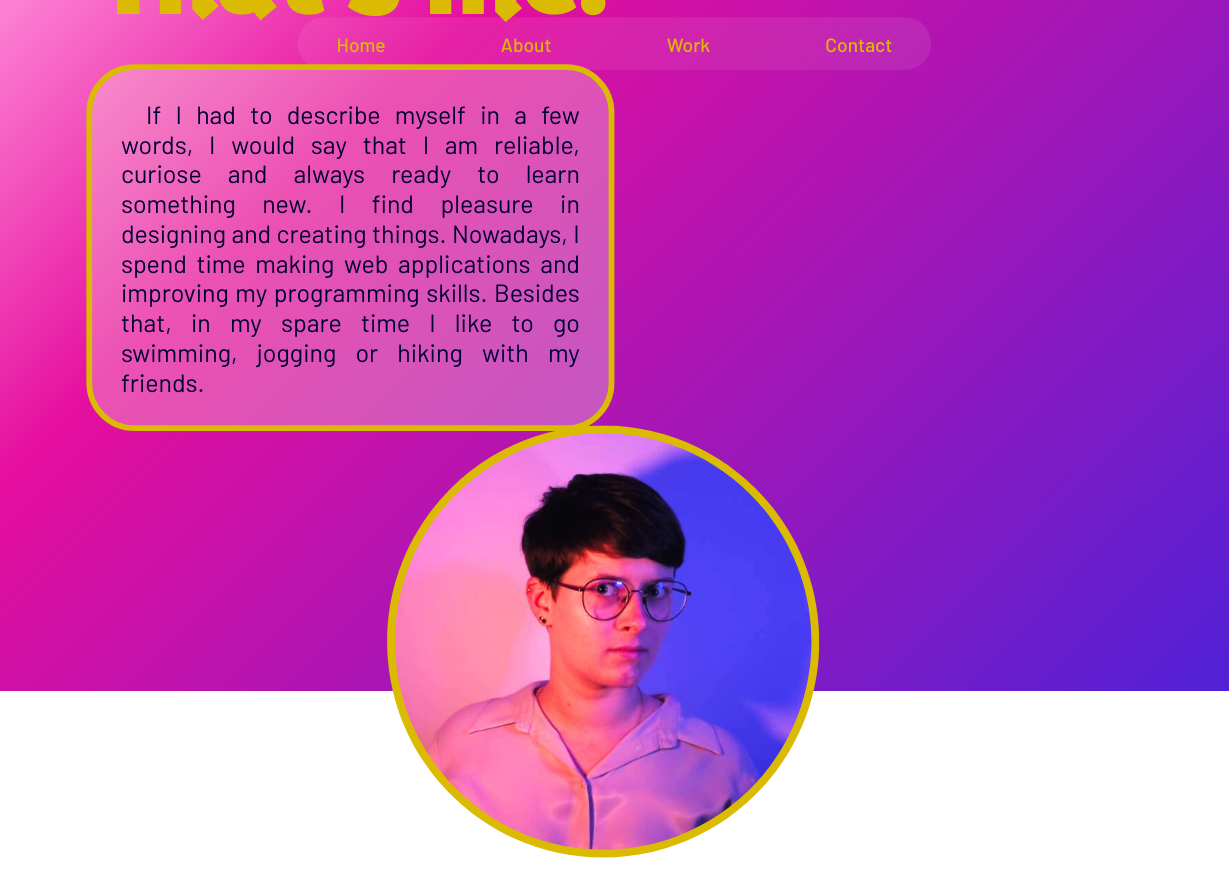
Repository: JJonka/portfolio_site
Page: /about
These files come from the project's save history. The page is drawn as it stood at one moment and after the next save; the edit follows.
The browser window is 1280 px wide. The pictures show the whole page, at 96% of full size.
The project was rebuilt for these pictures with package versions that can differ from the ones it lists, and the page was loaded fresh each time. Also part of the build but not shown: vite.config.ts, src/pages/HomePage.tsx, src/components/LogoIcon.module.scss, src/components/LogoIcon.tsx, src/pages/Contact.tsx, src/pages/Work.module.scss, src/pages/Work.tsx.

Above is the page before, as saved 2023-10-08 16:06:56.

### index.html
<!doctype html>
<html lang="en">
  <head>
    <meta charset="UTF-8" />
    <link rel="icon" href="./src/assets/jj_logo.svg">
    <meta name="viewport" content="width=device-width, initial-scale=1.0" />
    <title>Joanna Jurasz - software developer</title>
  </head>
  <body>
    <div id="root"></div>
    <script type="module" src="/src/index.tsx"></script>
  </body>
</html>

### src/index.tsx
import React from 'react';
import ReactDOM from 'react-dom/client';
import App from './App';
import { BrowserRouter } from 'react-router-dom';


const root = ReactDOM.createRoot( document.getElementById('root') as HTMLElement);

root.render(
  <BrowserRouter>
    <App />
  </BrowserRouter>
);

### src/App.tsx
import { Routes, Route } from 'react-router-dom';
import HomePage from './pages/HomePage';
import About from './pages/About';
import Contact from './pages/Contact';
import Work from './pages/Work';
import './App.css'


const App = () => {
    return (
      <div>
      <div className='mainBackground' />
      <div className='layer1' />
      <div className='layer2' />

      <Routes>
        <Route path='/' element={ <HomePage /> } />
        <Route path='/about' element={ <About /> } />
        <Route path='/work' element={ <Work /> } />
        <Route path='/contact' element={ <Contact /> }/>
      </Routes>
      </div>
    )
}

export default App;

### src/pages/About.tsx
import Menu from "../components/Menu";
import styles from "./About.module.scss"
import EndOfSection from "../components/EndOfSection";

const About = () => {
    return (
        <div className={styles.card}>
            <Menu></Menu>
            <div className={styles.container}>
                <div className={styles.text}>
                    <h1 className={styles.header}>That's me.</h1>
                    <div className={styles.box}>
                        <p className={styles.aboutMe}>&emsp;If I had to describe myself in a few words, I would say that I am reliable,
                            curiose and always ready to learn something new. I find pleasure in designing and creating things. Nowadays,
                            I spend time making web applications and improving my programming skills. Besides that, in my spare time
                            I like to go swimming, jogging or hiking with my friends.
                        </p>
                    </div>
                </div>
                <img src="/src/assets/jj.svg" className={styles.image} alt="Jo_pic"></img>
            </div>
            <EndOfSection></EndOfSection>
        </div>
    )
};

export default About;

### src/App.css
@font-face {
  font-family: 'Barlow-Light';
  src: url(/fonts/Barlow-Light.ttf);
}

@font-face {
	font-family: 'Barlow-Regular' ;
	src: url(/fonts/Barlow-Regular.ttf);
}

body {
	display: flex;
	flex-direction: column;
    align-items: center;
    font-family: 'Barlow-Light';
	text-align: center;
    padding-left: calc(100vw - 100%);
    --main-color: #daba02;
}

.mainBackground {
    background-image: linear-gradient(135deg, #fc79d0 15%, #e40199 30% , #2719e0 85%);
    animation: slide 5s linear infinite alternate;
    animation-fill-mode: backwards;
    position: fixed;
    top: 0;
    bottom: 0;
    left: -50%;
    right: -50%;
    opacity: 0.95;
    z-index: -1;
}




@keyframes slide {
    0% {
        transform: translateX(-20%);
    }
    100% {
        transform: translateX(10%);
    }

}

### src/components/Menu.tsx
import styles from "./Menu.module.scss";
import  LinkToPage  from "./LinkToPage"

const Menu = () => {

    return (
        <div className={styles.menu}>
            <LinkToPage
                link = {'/'}
                urlTo = {"http://localhost:5173/"}
                linkTitle= {"Home"}
            ></LinkToPage>
            <LinkToPage
                link = {'/about'}
                urlTo = {"http://localhost:5173/about"}
                linkTitle= {"About"}
            ></LinkToPage>
            <LinkToPage
                link = {'/work'}
                urlTo = {"http://localhost:5173/work"}
                linkTitle= {"Work"}
            ></LinkToPage>
            <LinkToPage
                link = {'/contact'}
                urlTo = {"http://localhost:5173/contact"}
                linkTitle= {"Contact"}
            ></LinkToPage>
        </div>
    )
};

export default Menu;

### src/pages/HomePage.module.scss
@font-face {
    font-family: 'BraahOne-Regular';
    src: url(/fonts/BraahOne-Regular.ttf);
}

.header {
    color: var(--main-color);
    font-family: "BraahOne-Regular";
    font-size: 130px;
    margin-bottom: 10px;
    margin-top: 25px;
}

.introduction {
    color: var(--main-color);
    font-family: "BraahOne-Regular";
    font-size: 40px;
    font-weight: 50;
    margin-top: 5px;

}

.imgTop {
    position: absolute;
    top: 50px;
    left: 20px;
    max-width: 30%;
    max-height: 30%;
}

.imgBottom {
    position: absolute;
    bottom: 0;
    right: 30px;
    max-width: 30%;
    max-height: 30%;
}

.container {
    display: flex;
    flex-direction: column;
    align-items: center;
    position: relative;
    width: 1300px;
    height: 675px;
}

.card {
    display: flex;
    flex-direction: column;
    align-items: center;
}

### src/pages/About.module.scss
@font-face {
	font-family: 'Barlow-Regular' ;
	src: url(/fonts/Barlow-Regular.ttf);
}

.card {
    display: flex;
    flex-direction: column;
    align-items: center;
}

.header {
    color: var(--main-color);
    font-family: "BraahOne-Regular";
    font-size: 110px;
    margin-bottom: 10px;
    margin-top: 15px;
}

.container {
    justify-content: center;
    display: flex;
    flex-direction: column;
    height: 500px;
    width: 1100px;
    gap: 50px;
    margin-bottom: 10px;
    margin-top: 90px;
}

.image {
    max-width: 100%;
    max-height: 100%;
}

.text {
    height: 400px;
    width: 550px;
    display: flex;
    flex-direction: column;
    align-items: center;
    justify-content: center;
}

.aboutMe {
    font-family: "Barlow-Regular";
    font-size: 26px;
    color:  rgb(0, 0, 55);
    margin: 0;
    padding: 30px;

}

.box {
    background-color: rgba(255, 253, 229, 0.277);
    border-color: var(--main-color);
    border-radius: 50px;
    border-style: solid;
    border-width: 6px;
    text-align: justify;
}

### src/components/EndOfSection.tsx
import styles from "./EndOfSection.module.scss"

const EndOfSection = () => {
    return (
        <img src="" className={styles.endOfSection}></img>
    )
}

export default EndOfSection

### src/pages/Contact.module.scss
@font-face {
	font-family: 'Barlow-Regular' ;
	src: url(/fonts/Barlow-Regular.ttf);
}
@font-face {
    font-family: 'Barlow-Medium';
    src: url(/fonts/Barlow-Medium.ttf);
}

.card {
    align-items: center;
    display: flex;
    flex-direction: column;
}

.container {
    display: flex;
    flex-direction: column;
    align-items: center;
    height: 500px;
    width: 1100px;
    margin-top: 50px;
}

.header {
    color: var(--main-color);
    font-family: "BraahOne-Regular";
    font-size: 70px;
    margin-bottom: 10px;
    margin-top: 30px;

}

.logos {
    display: flex;
    flex-direction: row;
    gap: 250px;
    margin-top: 50px;
    margin-bottom: 120px;
    justify-content: center;
    width: 1000px;
}

a {
    text-decoration: none;
}

### src/components/Menu.module.scss
@font-face {
    font-family: 'Barlow-Medium';
    src: url(/fonts/Barlow-Medium.ttf);
}


.menu {
    border-radius: 50px;
    font-family: 'Barlow-Medium';
    font-size: 20px;
    margin-top: 10px;
    margin-bottom: 30px;
    width: 620px;
    height: 15px;
    padding: 20px;
    display: flex;
    flex-direction: row;
    align-items: center;
    justify-content: center;
    column-gap: 30px;
    background-color:rgba(255, 255, 255, 0.083);;

}

### src/components/LinkToPage.tsx
import { Link } from "react-router-dom";
import styles from "./LinkToPage.module.scss"

interface LinkTo  {
    link: string
    urlTo: string
    linkTitle: string
}

const LinkToPage = (props: LinkTo) => {
    return (
        <div>
            <Link to={props.link} className={document.URL == props.urlTo ? styles.active : styles.link}>{props.linkTitle} </Link>
        </div>
    )
}

export default LinkToPage

### src/components/EndOfSection.module.scss
.endOfSection {
    max-width: 150px;
}

### src/components/LinkToPage.module.scss
.link {
    text-decoration: none;
    color: var(--main-color);
    margin: 10px 25px;
    padding: 5px 20px;
}

.link:hover {
    margin: 10px 25px;
    padding: 5px 20px;
    background-color: rgba(255, 255, 255, 0.259);
    border-radius: 50px;
    transition: background-color 1s;
}

.active {
    text-decoration: none;
    color: var(--main-color);
    margin: 10px 25px;
    padding: 5px 20px;
    background-color: rgba(255, 255, 255, 0.259);
    border-radius: 50px;
}

After the next save:
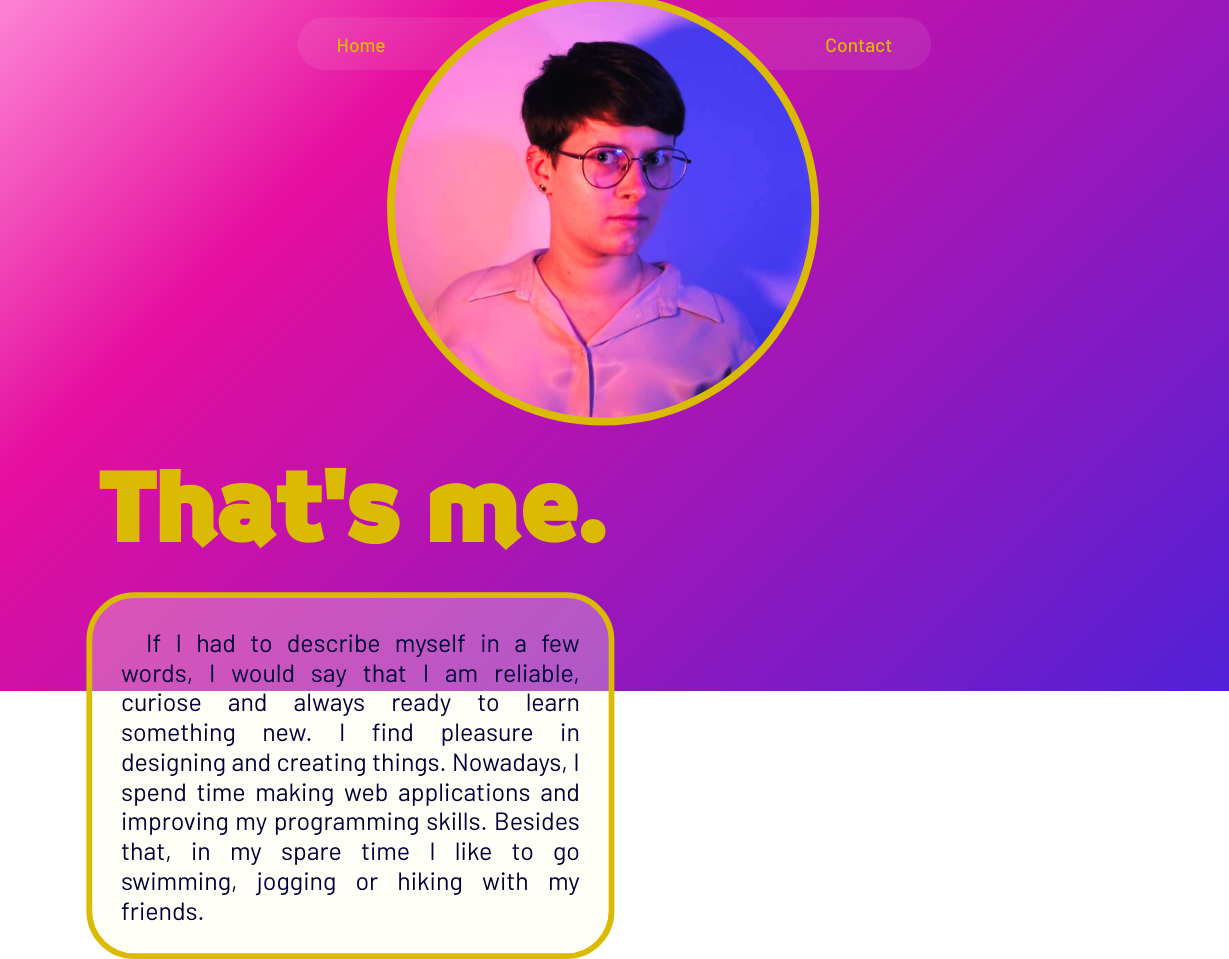
Saved 49 s later.
--- a/src/pages/About.tsx
+++ b/src/pages/About.tsx
@@ -7,6 +7,7 @@ const About = () => {
         <div className={styles.card}>
             <Menu></Menu>
             <div className={styles.container}>
+                <img src="/src/assets/jj.svg" className={styles.image} alt="Jo_pic"></img>
                 <div className={styles.text}>
                     <h1 className={styles.header}>That's me.</h1>
                     <div className={styles.box}>
@@ -17,7 +18,7 @@ const About = () => {
                         </p>
                     </div>
                 </div>
-                <img src="/src/assets/jj.svg" className={styles.image} alt="Jo_pic"></img>
+
             </div>
             <EndOfSection></EndOfSection>
         </div>
